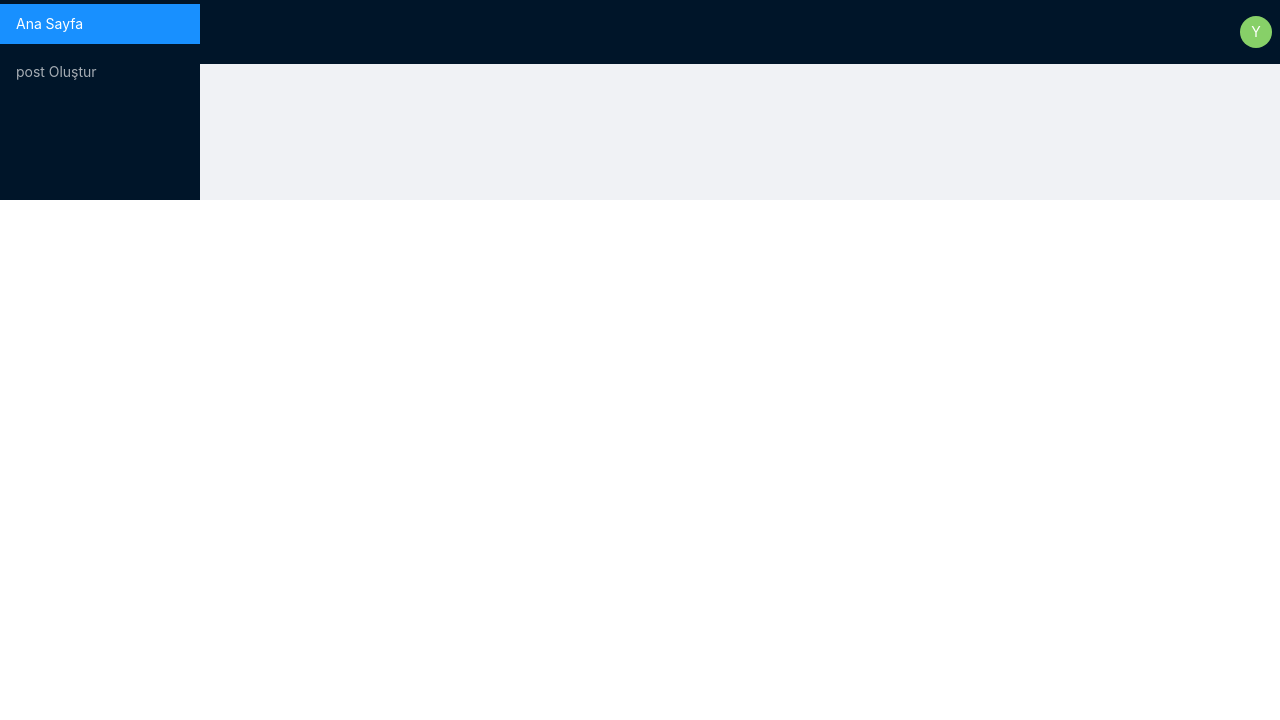
Repository: sevilgenysf/my-blog
Page: /
An editor plug-in stored every save of this project. The page is shown before and after the next save, followed by the edit.
The browser window is 1280 px wide. The pictures show the whole page.
The project was rebuilt for these pictures with package versions that can differ from the ones it lists, and the page was loaded fresh each time. Also part of the build but not shown: src/index.css, src/App.css, src/components/Sidebar/Sidebar.css.

Above is the page before, as saved 2022-08-18 15:13:24.

After the next save:
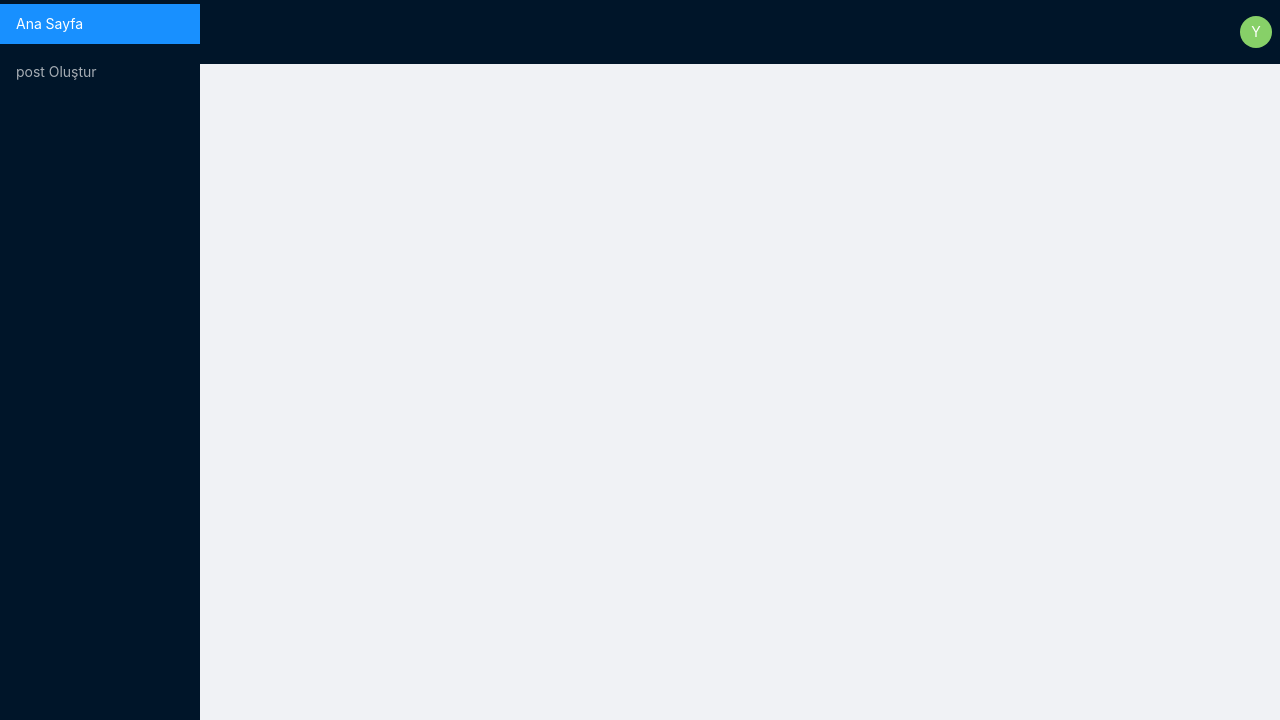
Saved 8 s later.
--- a/src/components/Sidebar/Sidebar.js
+++ b/src/components/Sidebar/Sidebar.js
@@ -9,7 +9,7 @@ function Sidebar() {
 			<Menu
 				theme="dark"
 				mode="vertical"
-				style={{ height: '200px' }}
+				style={{ height: '100vh' }}
 				defaultSelectedKeys={['/']}
 			>
 				<Menu.Item key="/">
